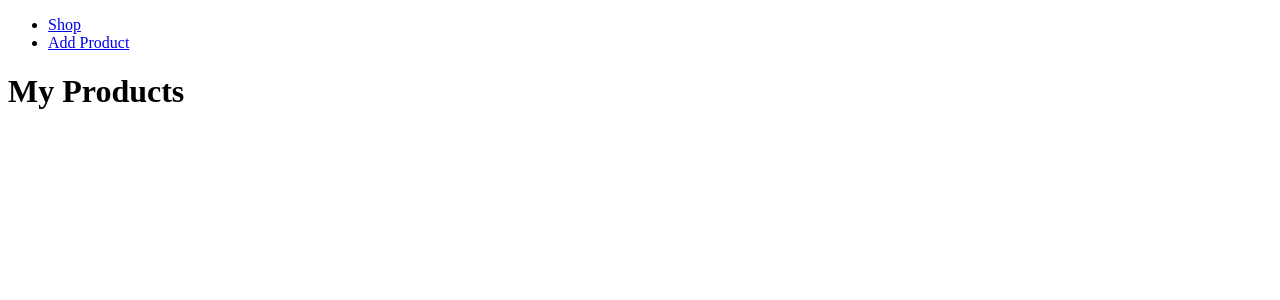
Repository: XavierJordaMurria/shop-assistance
Page: views/shop.html
These files come from the project's save history. The page is drawn as it stood at one moment and after the next save; the edit follows.
The browser window is 1280 px wide. The pictures show the whole page.

Above is the page before, as saved 2021-01-14 08:05:41.

### views/shop.html
<!DOCTYPE html>
<html lang="en">

<head>
    <meta charset="UTF-8">
    <meta name="viewport" content="width=device-width, initial-scale=1.0">
    <title>Add Product</title>
</head>

<body>
    <header>
        <nav>
            <ul>
                <li><a href="/shop">Shop</a></li>
                <li><a href="/add-product">Add Product</a></li>
            </ul>
        </nav>
    </header>
    <main>
        <h1>My Products</h1>
    </main>

</body>

</html>

After the next save:
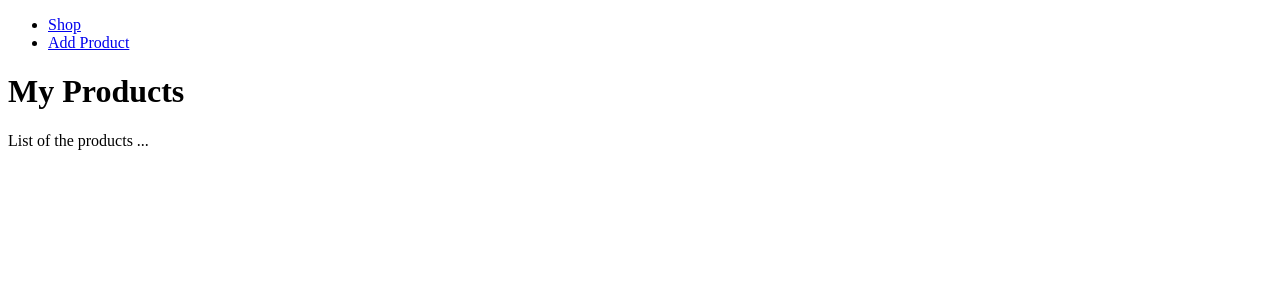
Saved 17 s later.
--- a/views/shop.html
+++ b/views/shop.html
@@ -18,6 +18,7 @@
     </header>
     <main>
         <h1>My Products</h1>
+        <p>List of the products ...</p>
     </main>
 
 </body>
